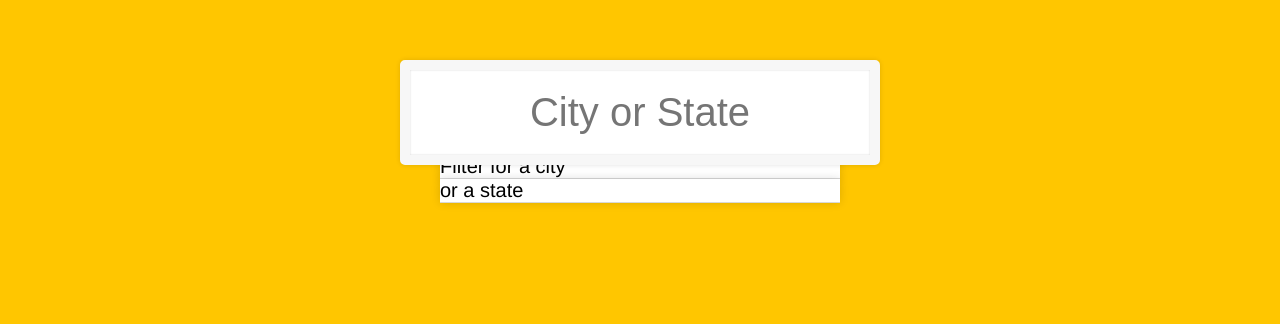
Repository: Saieebawake/Type-Ahead-City-or-State-Search
Page: index.html
The author's editor kept a copy of each file at every save. The page is drawn from the files as they stood at one save, then again after a run of saves.
The browser window is 1280 px wide. The pictures show the whole page.
The page's requests for data from a server got no answer.

Above is the page before, as saved 2026-09-27 20:39:26.

### index.html
<!DOCTYPE html>
<html lang="en">
<head>
    <meta charset="UTF-8">
    <meta name="viewport" content="width=device-width, initial-scale=1.0">
    <title>Type Ahead</title>
    <link rel="stylesheet" href="style.css">
</head>
<body>
    <form class="search-form">
        <input type="text" class="search" placeholder="City or State">
        <ul class="suggestions">
            <li>Filter for a city</li>
            <li>or a state</li>
        </ul>
    </form>
    <script src="script.js"></script>
</body>
</html>

### style.css
html {
    box-sizing: border-box;
    background: #ffc600;
    font-family: 'helvetica neue';
    font-size: 20px;
    font-weight: 200;
}

*, *:before, *:after {
    box-sizing: inherit;
}

input {
    width: 100%;
    padding: 20px;
}

.search-form {
    max-width: 400px;
    margin: 50px auto;
}

input.search {
    margin: 0;
    text-align: center;
    outline: 0;
    border: 10px solid #f7f7f7;
    width: 120%;
    left: -10%;
    position: relative;
    top: 10px;
    z-index: 2;
    border-radius: 5px;
    font-size: 40px;
    box-shadow: 0 0 5px rgba(0, 0, 0, 0.12), inset 0 0 2px rgba(0, 0, 0, 0.19);
}

.suggestions {
    margin: 0;
    padding: 0;
    position: relative;
}

.suggestions li {
    background: white;
    list-style: none;
    border-bottom: 1px solid #d8d8d8;
    box-shadow: 0 0 10px rgba(0, 0, 0, 0.14);
    margin: 0;

}

### script.js
const endpoint = 'https://gist.githubusercontent.com/Miserlou/c5cd8364bf9b2420bb29/raw/2bf258763cdddd704f8ffd3ea9a3e81d25e2c6f6/cities.json'

const cities = [];

fetch(endpoint)
.then(blob => blob.json())
.then(data => cities.push(...data))

function findMatches(wordToMatch, cities) {
    return cities.filter(place => {
        const regex = new RegExp(wordToMatch, 'gi');
        return place.city.match(regex) || place.state.match(regex)
    });
}

function numberWithCommas(x) {
    return x.toString().replace(/|B(?=(\d{3})+(?!\d))/g, ',');
}

function displayMatches() {
    const matchArray = findMatches(this.value, cities);
    const html = matchArray.map(place => {
        const regex = new RegExp(this.value, 'gi');
        const cityName = place.city.replace(regex,`<span class="hl">${this.value}</span>`);
        const stateName = place.state.replace(regex,`<span class="hl">${this.value}</span>`);
        return `
        <li>
        <span class="name">${cityName}, ${stateName}</span>
        <span class="population">${numberWithCommas(place.population)}</span>
        </li>`;
    }).join('');
    suggestions.innerHTML = html;
}

const searchInput = document.querySelector('.search');
const suggestions = document.querySelector('.suggestions');

searchInput.addEventListener('change', displayMatches);
searchInput.addEventListener('keyup', displayMatches);

After the next 5 saves:
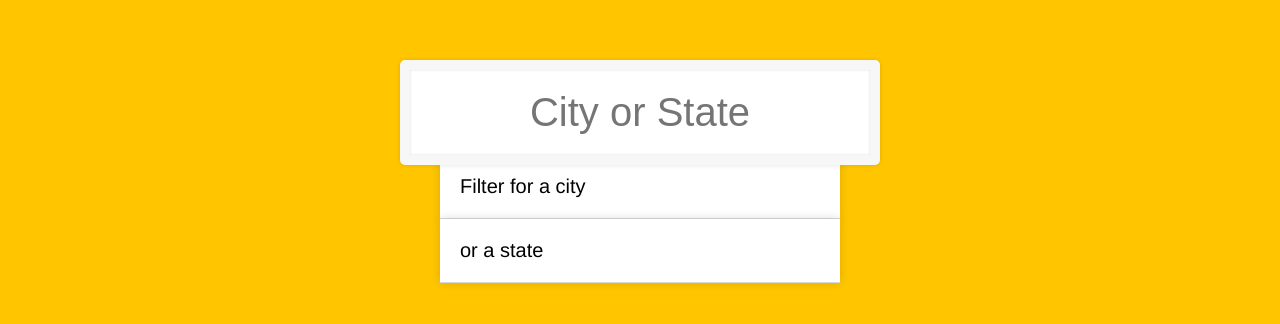
The 5 saves are shown as one change because they came seconds apart.
The last was saved 14 s later.
--- a/style.css
+++ b/style.css
@@ -47,5 +47,6 @@ input.search {
     border-bottom: 1px solid #d8d8d8;
     box-shadow: 0 0 10px rgba(0, 0, 0, 0.14);
     margin: 0;
-
+    padding: 20px;
+    transition:
 }
